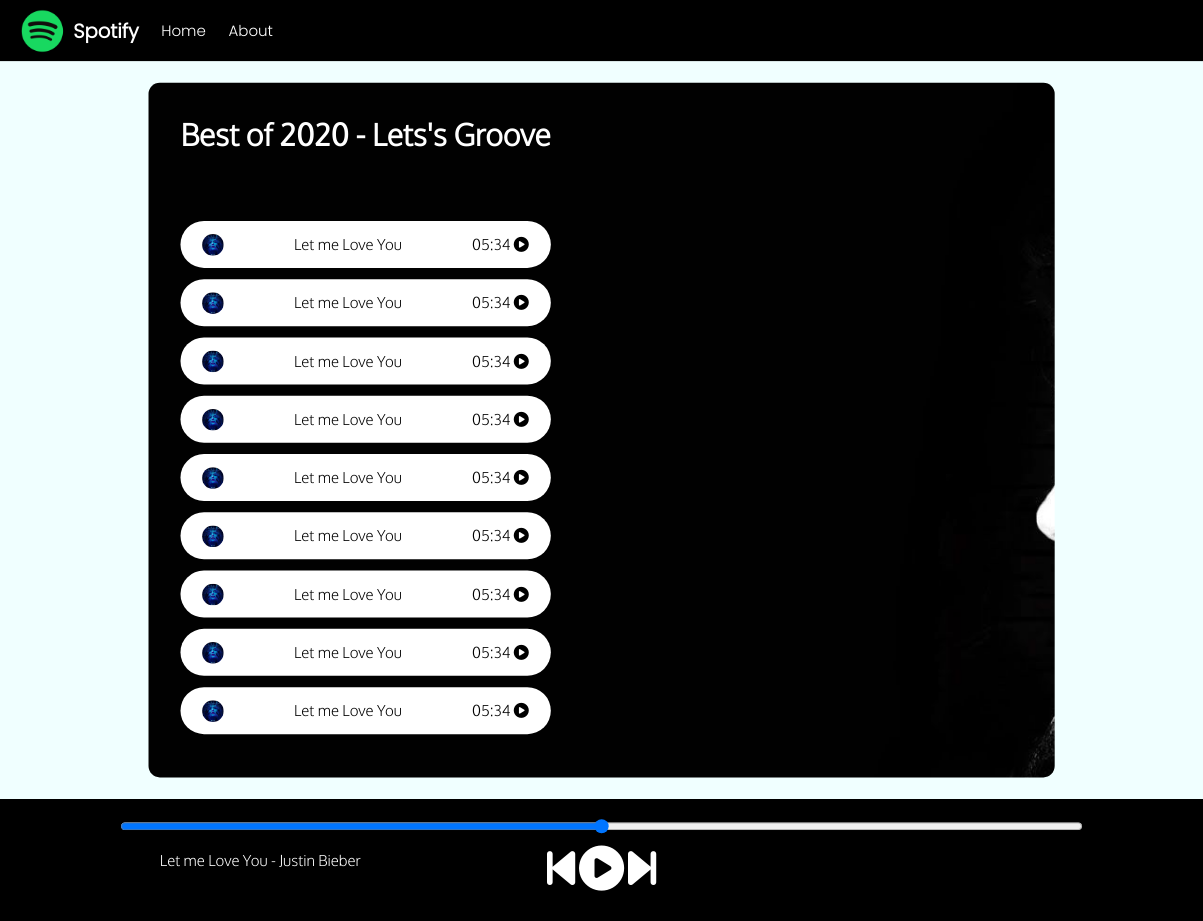
Repository: garima-1297/Spotify-Clone
Page: index.html
These files come from the project's save history. The page is drawn as it stood at one moment and after the next save; the edit follows.
The browser window is 1280 px wide. The pictures show the whole page, at 94% of full size.
Some web libraries are served in a nearby version.

Above is the page before, as saved 2022-05-23 09:07:00.

After the next save:
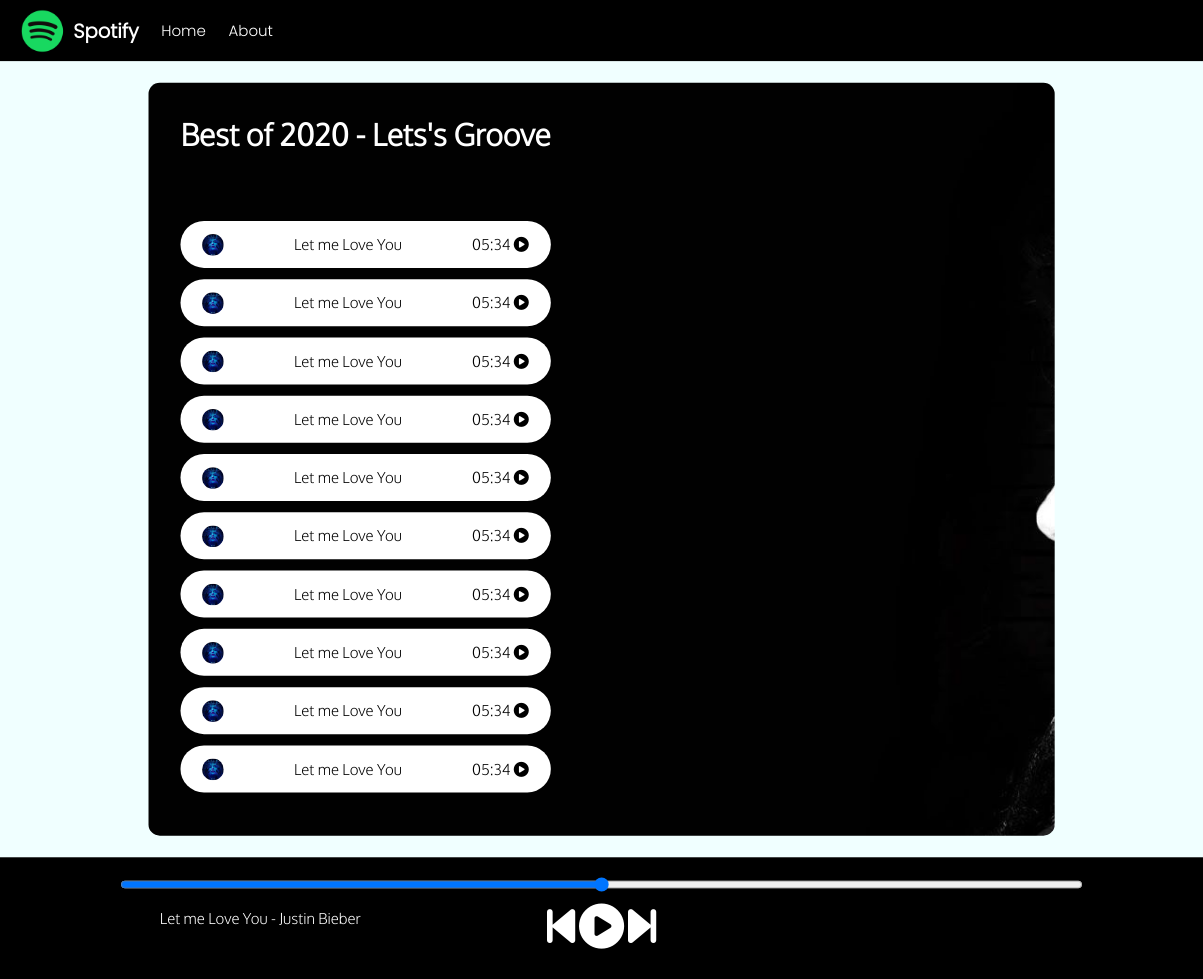
Saved 5 min 12 s later.
--- a/index.html
+++ b/index.html
@@ -64,6 +64,11 @@
                     <span>Let me Love You</span>
                     <span class="songListPlay"><span class="timestamp">05:34 <i class="fa-solid fa-circle-play"></i></span></span>
                 </div>
+                <div class="songItem">
+                    <img src="covers/1.jpg" alt="1">
+                    <span>Let me Love You</span>
+                    <span class="songListPlay"><span class="timestamp">05:34 <i class="fa-solid fa-circle-play"></i></span></span>
+                </div>
             </div>
         </div>
         <div class="songBanner"></div>
